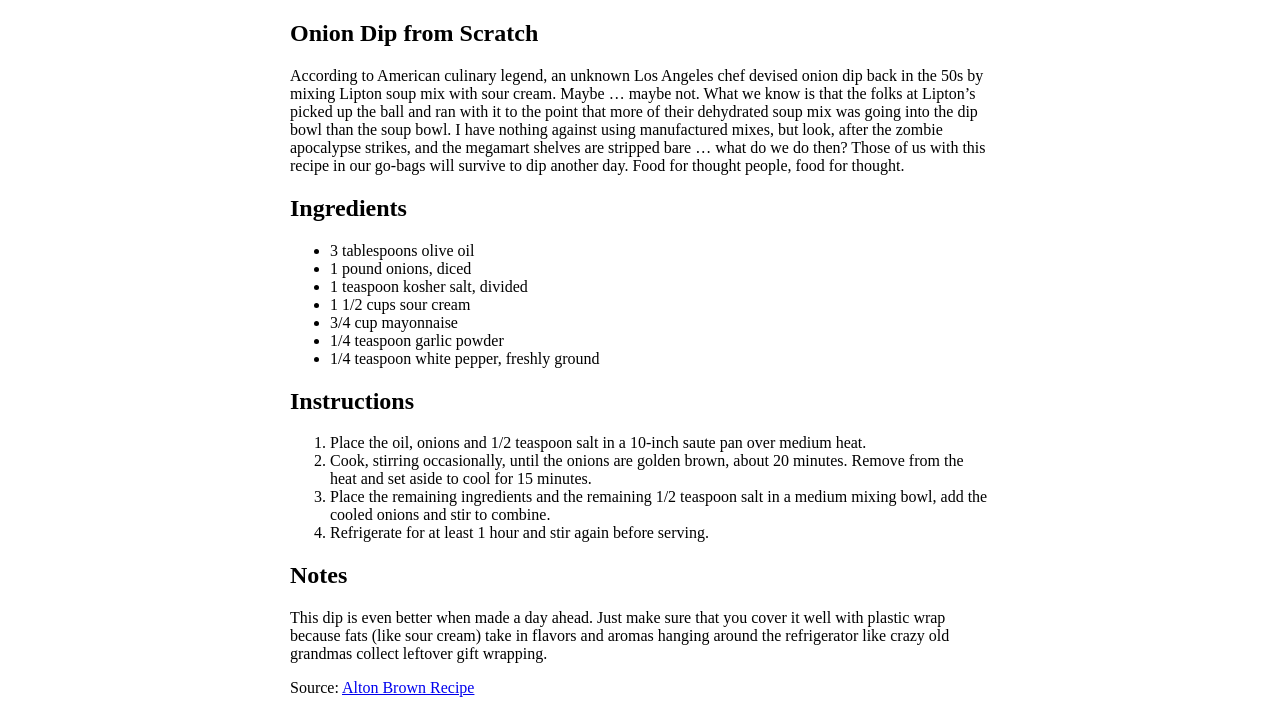
Repository: coltoncherry/mi349fs15
Page: week3/index.html
An editor plug-in stored every save of this project. The page is shown before and after the next save, followed by the edit.
The browser window is 1280 px wide. The pictures show the whole page.

Above is the page before, as saved 2015-09-23 00:55:55.

After the next save:
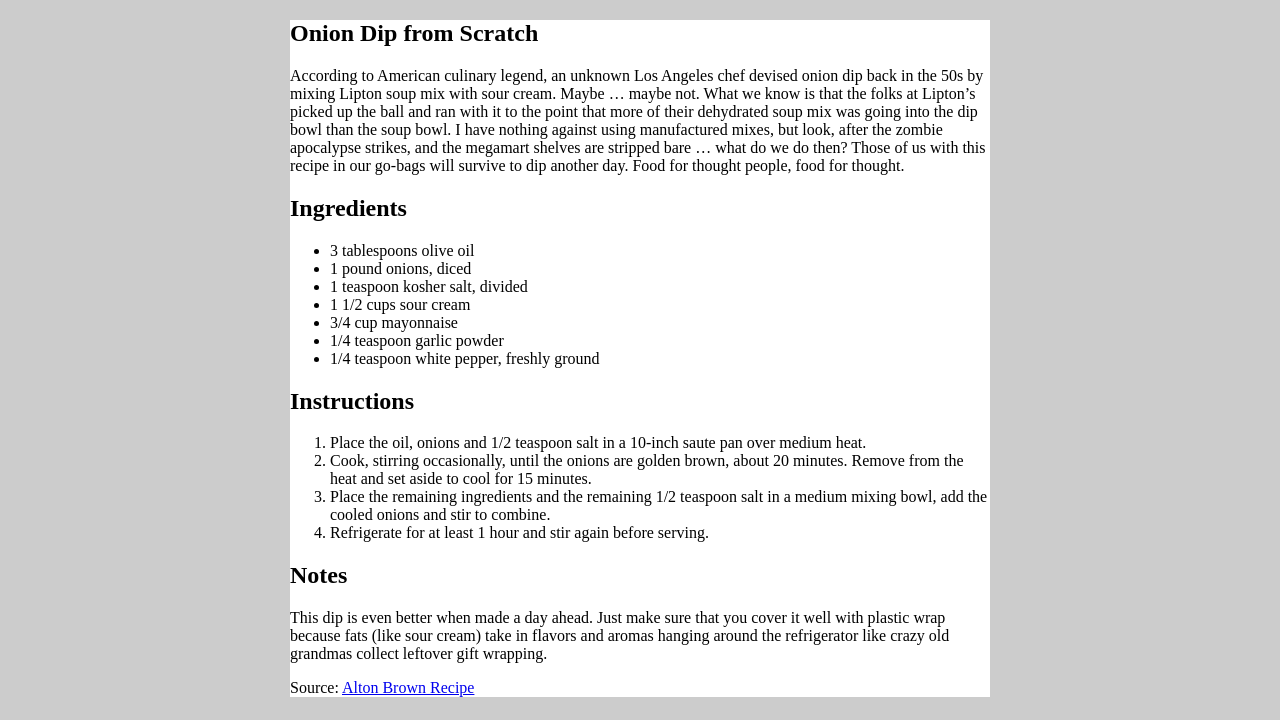
Saved 65 s later.
--- a/week3/css/style.css
+++ b/week3/css/style.css
@@ -1,4 +1,9 @@
+body {
+	background: #ccc;
+}
+
 .container{
 	margin: 0 auto;
 	width: 700px;
+	background: #fff;
 }
